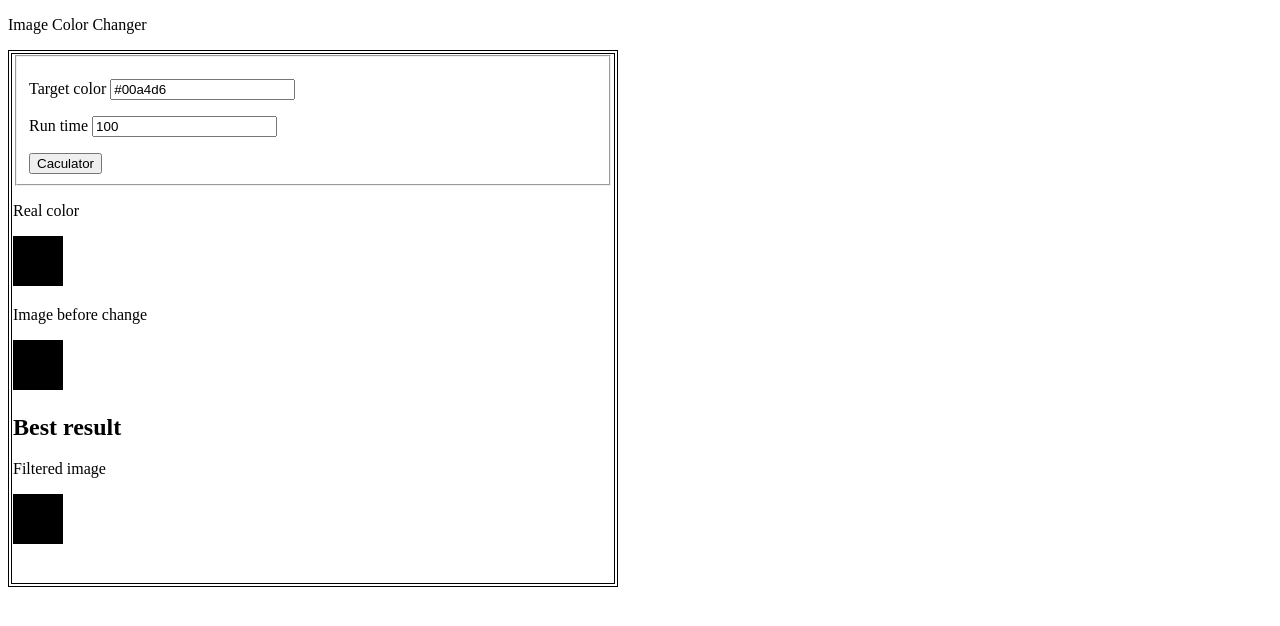
Repository: Kevilstark/image-color-changer
Page: index.html
The author's editor kept a copy of each file at every save. The page is drawn from the files as they stood at one save, then again after the next save.
The browser window is 1280 px wide. The pictures show the whole page.
Some web libraries are served in a nearby version.

Above is the page before, as saved 2022-06-07 13:30:57.

After the next save:
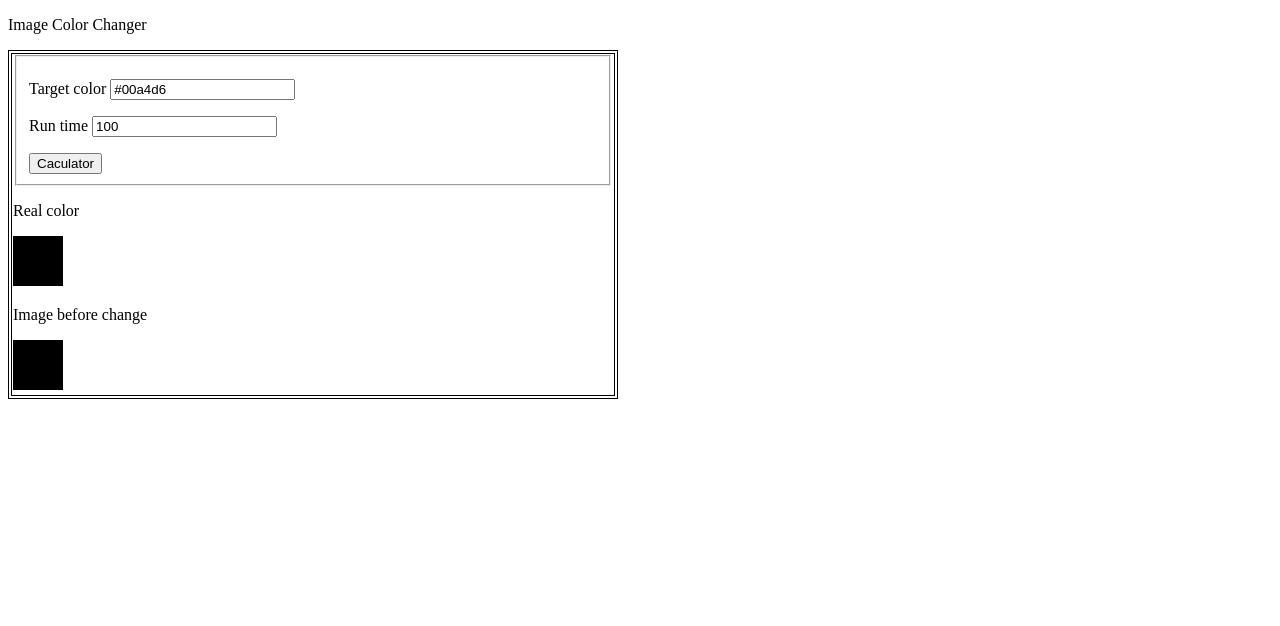
Saved 2 min 30 s later.
--- a/index.html
+++ b/index.html
@@ -26,15 +26,7 @@
                     <p>Image before change</p>
                     <div class="pixel realImg"></div>
 
-                    <h2>Best result</h2>
 
-                    <p>Filtered image</p>
-                    <div class="pixel filterPixel"></div>
-
-                    <p class="filterDetail"></p>
-                    <p class="lossDetail"></p>
-                    <br>
-                    <div id="final-result"></div>
 
                 </td>
             </tr>
